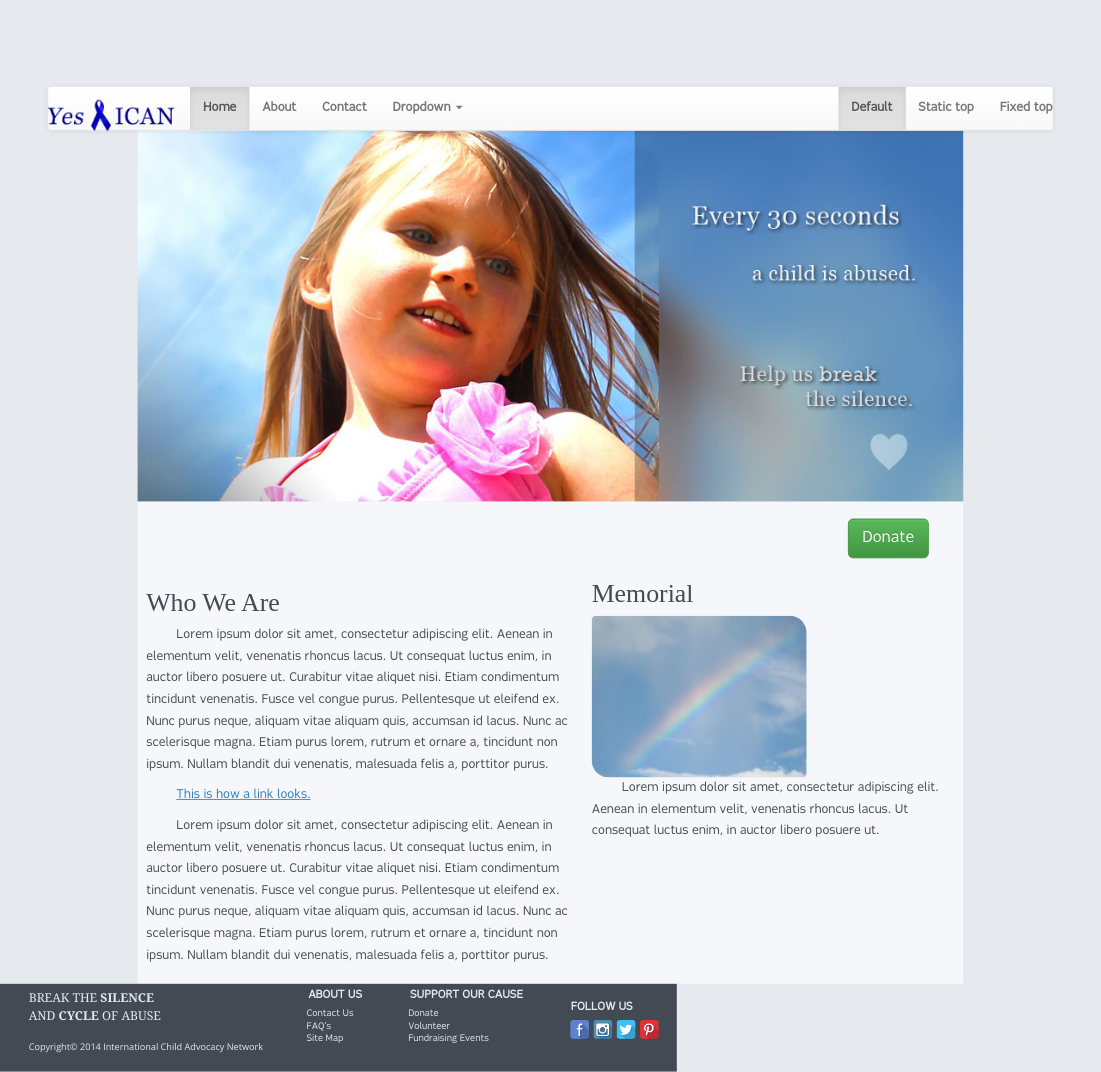
Repository: Rob21789/Yes-I-Can
Page: index.html
The author's editor kept a record of every edit. The page is drawn from the files as they stood at one moment, then again after the next edit.
The browser window is 1280 px wide. The pictures show the whole page, at 86% of full size.
Some web fonts or font styles are not loaded; a fallback is used. Some web libraries are served in a nearby version.

Above is the page before.
Not found: assets/js/ie-emulation-modes-warning.js
Not found: assets/js/ie10-viewport-bug-workaround.js

After the next edit:
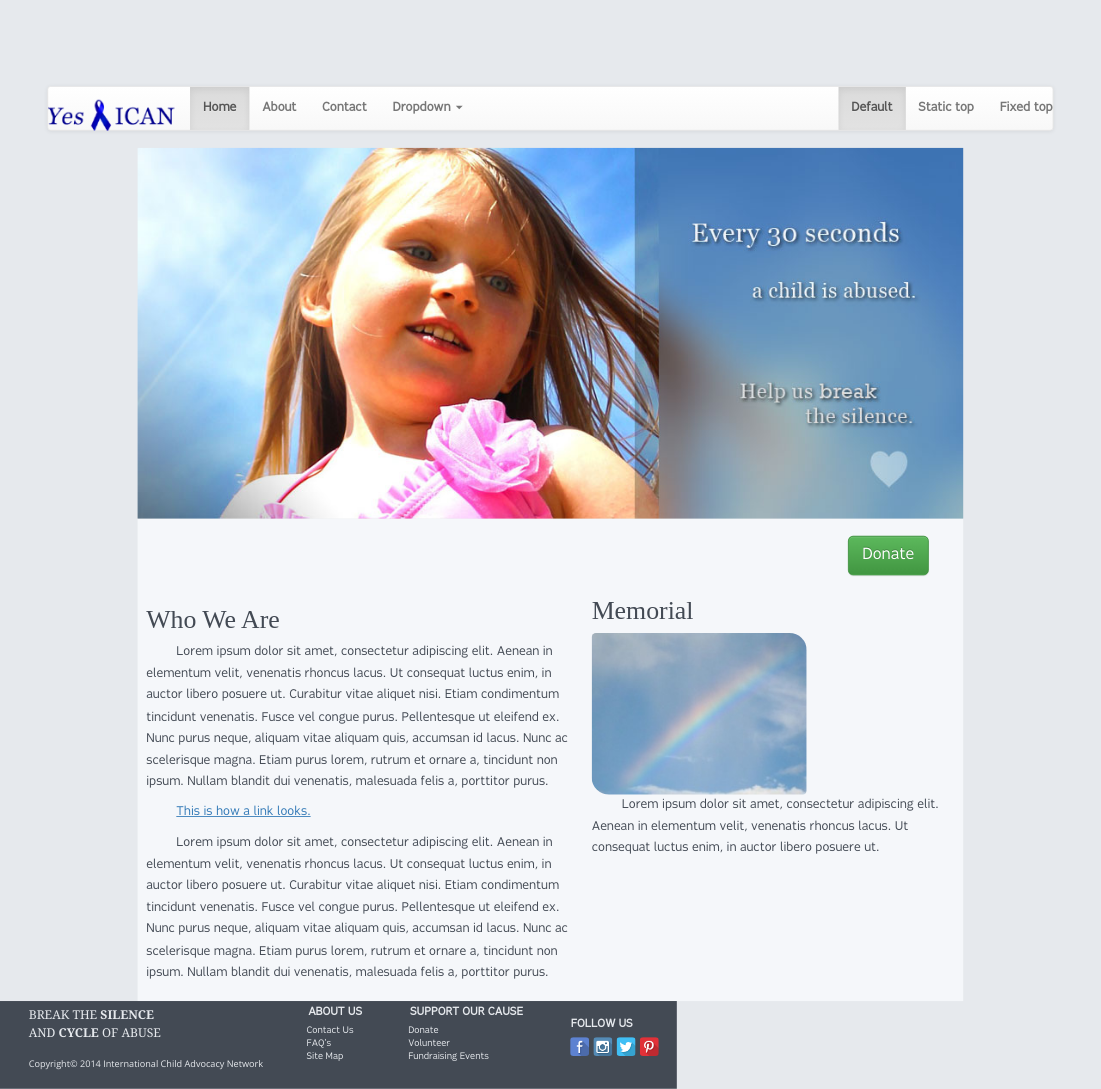
The edit:
--- a/css/navbar.css
+++ b/css/navbar.css
@@ -1,5 +1,5 @@
-body {
-  padding-top: 20px;
+/*body {
+  padding-top: 10px;
   padding-bottom: 20px;
 }
 

After the edit that followed:
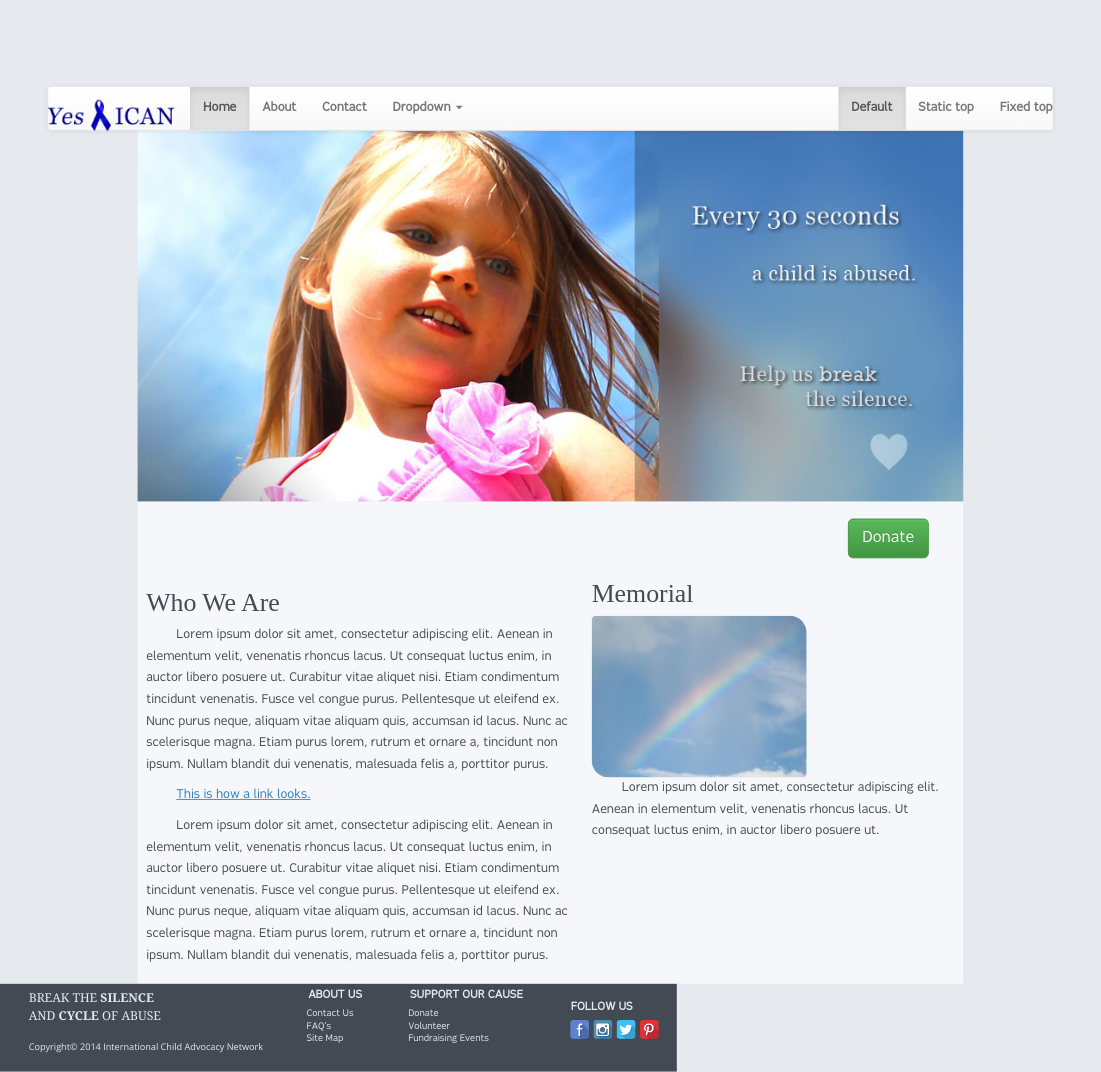
The edit:
--- a/css/navbar.css
+++ b/css/navbar.css
@@ -2,7 +2,7 @@
   padding-top: 10px;
   padding-bottom: 20px;
 }
-
+*/
 .navbar {
   margin-bottom: 0px;
 }
